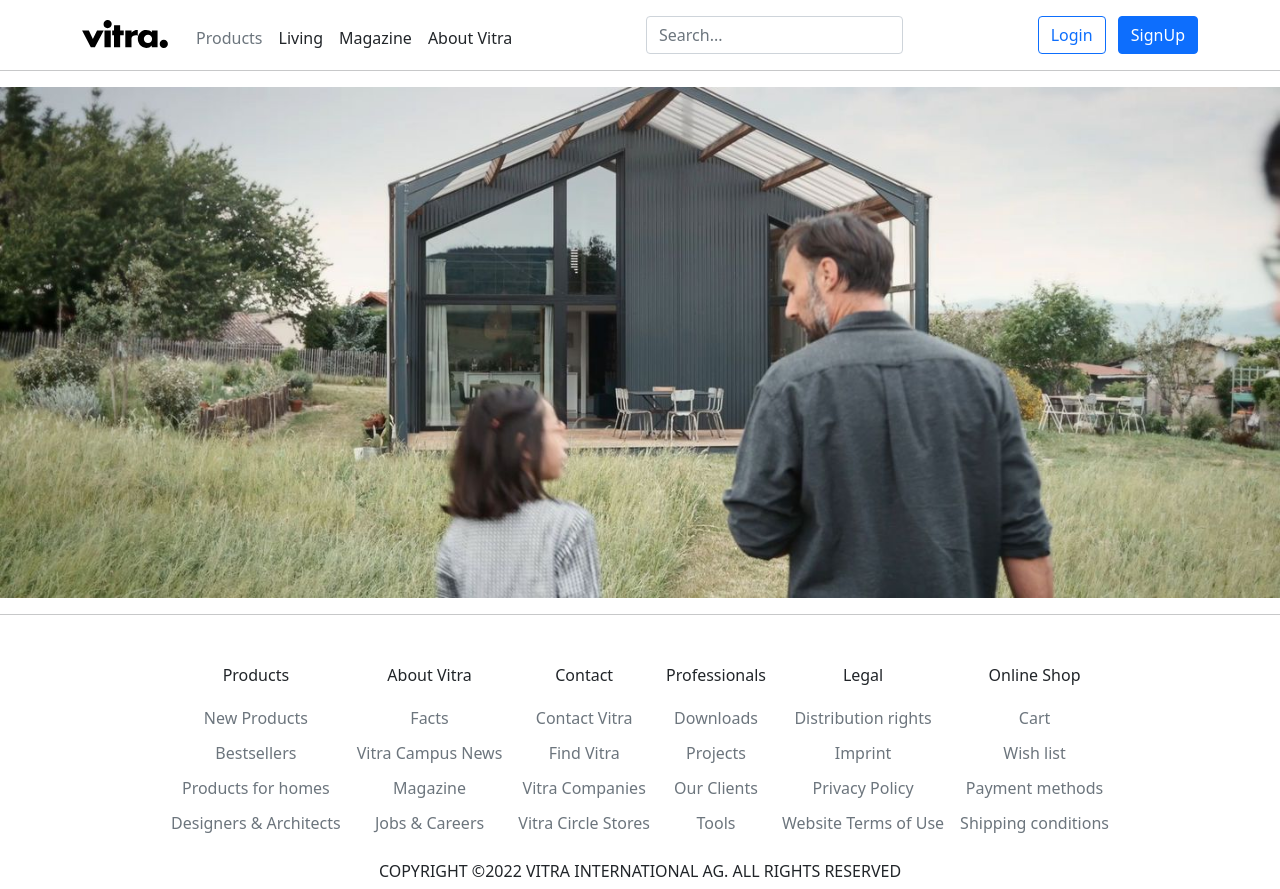
Repository: dllgkdud/pro06
Page: http://localhost/index
These files come from the project's save history. The page is drawn as it stood at one moment and after the next save; the edit follows.
The browser window is 1280 px wide. The pictures show the whole page.
The page is this project's Thymeleaf template; nobody is signed in. The template is opened directly, without the code that normally fills it, so the values that code supplies are empty.

Above is the page before, as saved 2022-12-20 00:56:31.

After the next save:
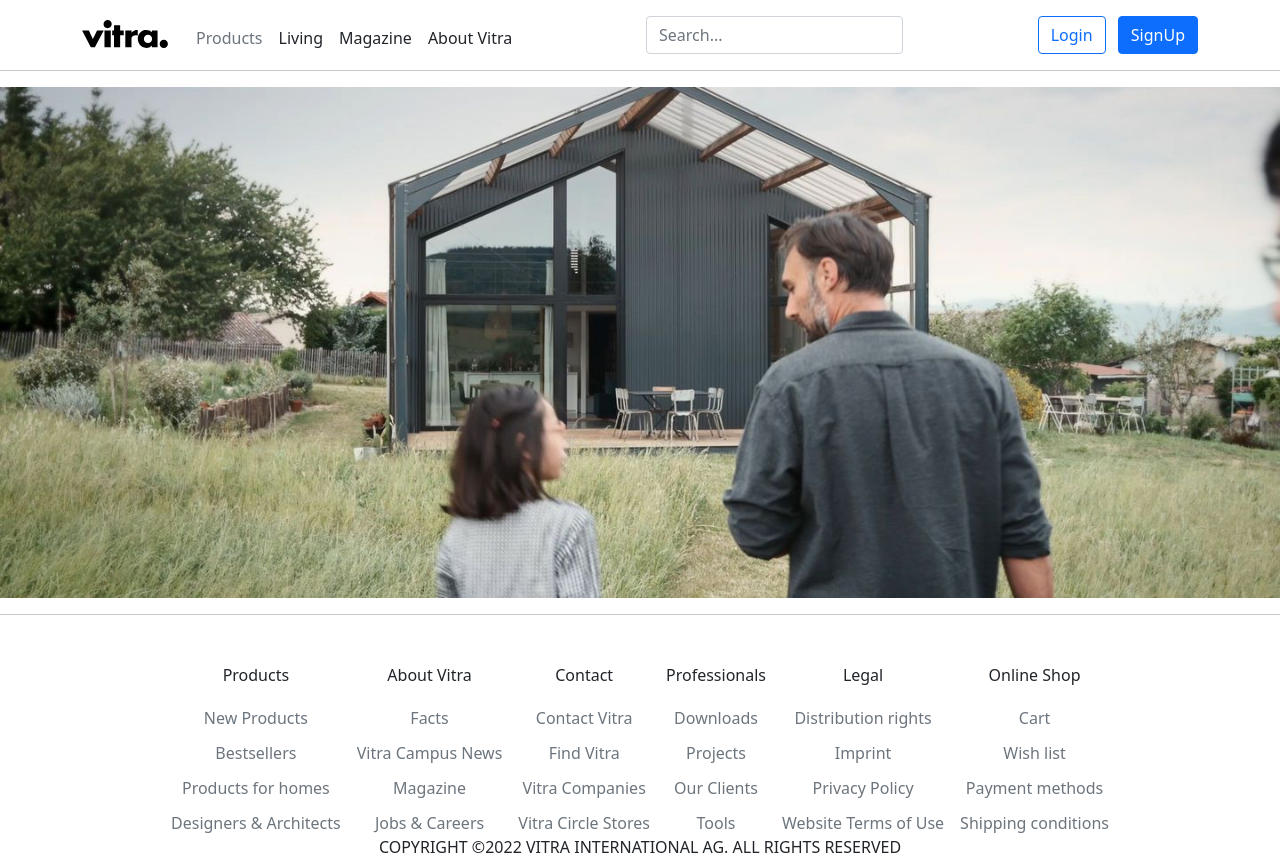
Saved 10 s later.
--- a/myapp/src/main/resources/templates/common/footer.html
+++ b/myapp/src/main/resources/templates/common/footer.html
@@ -61,7 +61,7 @@
 					</ul>
 				</li>
 	        </ul>
-	        <div th:fragment="copyright" class="col-12 col-lg-12 mt-4 text-center" id="copyright">
+	        <div th:fragment="copyright" class="col-12 col-lg-12 mt-10 text-center" id="copyright">
 				<h6>COPYRIGHT ©2022 VITRA INTERNATIONAL AG. ALL RIGHTS RESERVED</h6>
 			</div>
 		</div>

After the 2 saves that followed:
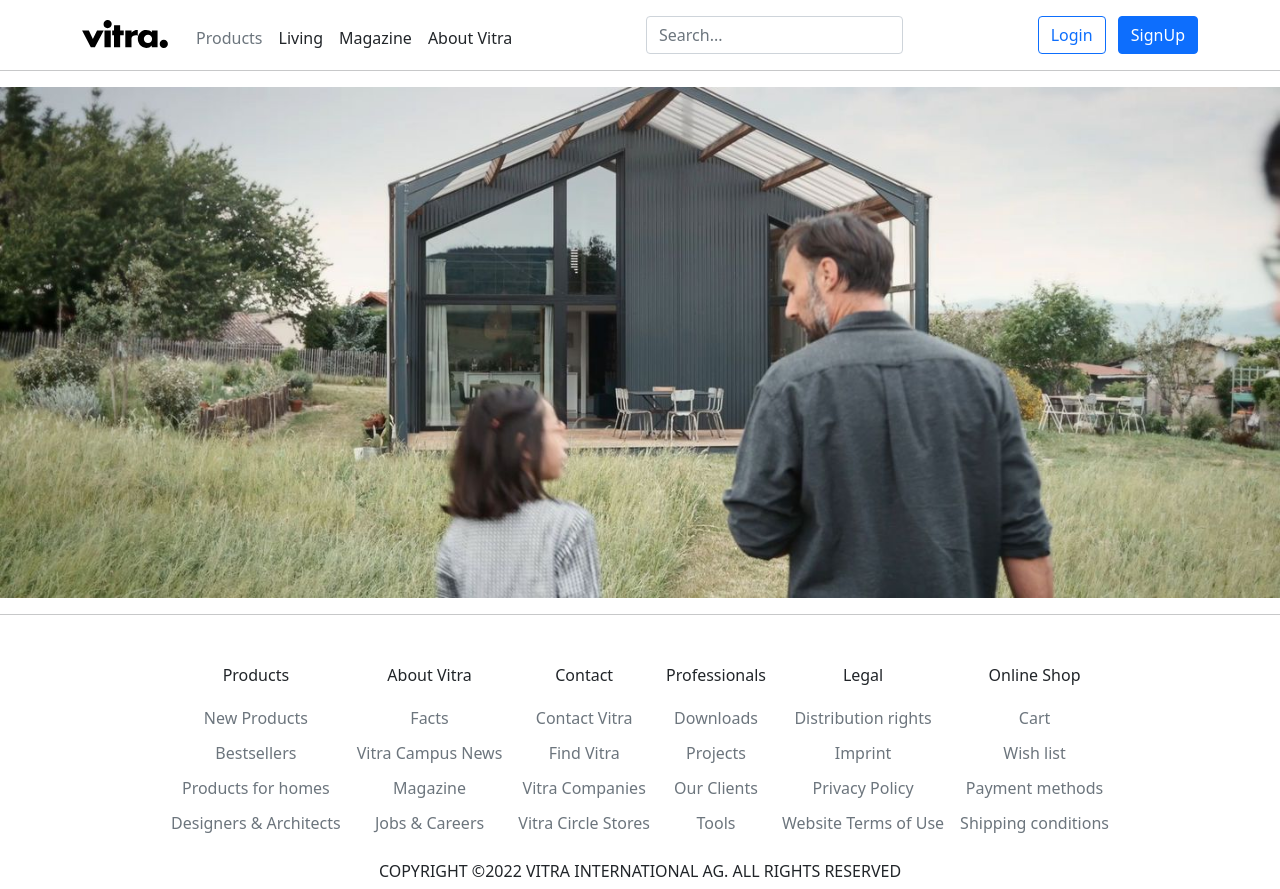
The 2 saves are shown as one change because 1 left the picture as it was.
The last was saved 17 s later.
--- a/myapp/src/main/resources/templates/common/footer.html
+++ b/myapp/src/main/resources/templates/common/footer.html
@@ -61,7 +61,7 @@
 					</ul>
 				</li>
 	        </ul>
-	        <div th:fragment="copyright" class="col-12 col-lg-12 mt-10 text-center" id="copyright">
+	        <div th:fragment="copyright" class="col-12 col-lg-12 mt-4 text-center" id="copyright">
 				<h6>COPYRIGHT ©2022 VITRA INTERNATIONAL AG. ALL RIGHTS RESERVED</h6>
 			</div>
 		</div>
